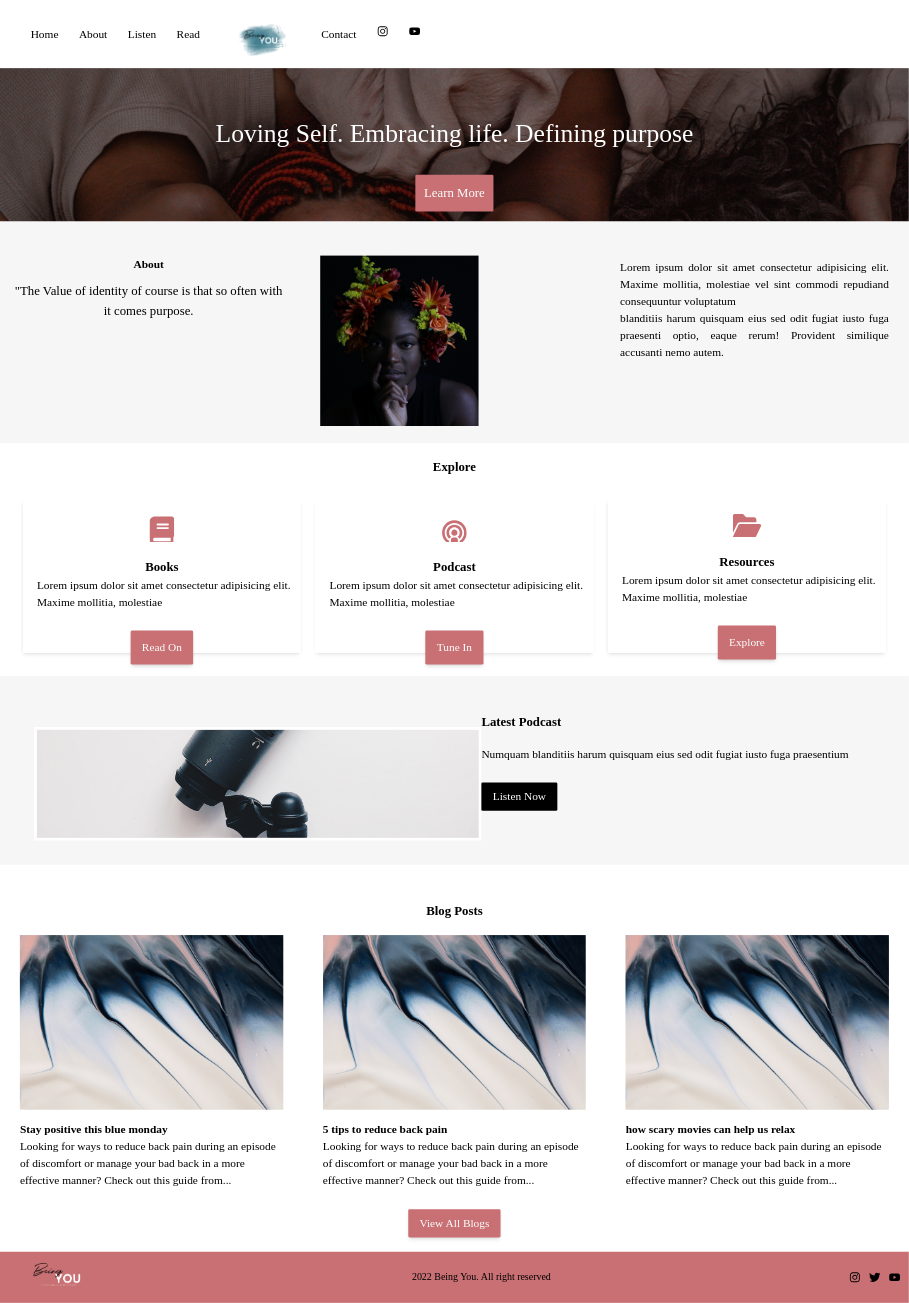
Repository: BrightonMboya/being-you
Page: /
These files come from the project's save history. The page is drawn as it stood at one moment and after the next save; the edit follows.
The browser window is 1280 px wide. The pictures show the whole page, at 71% of full size.
The project was rebuilt for these pictures with package versions that can differ from the ones it lists, and the page was loaded fresh each time.

Above is the page before, as saved 2022-05-29 11:43:12.

After the next save:
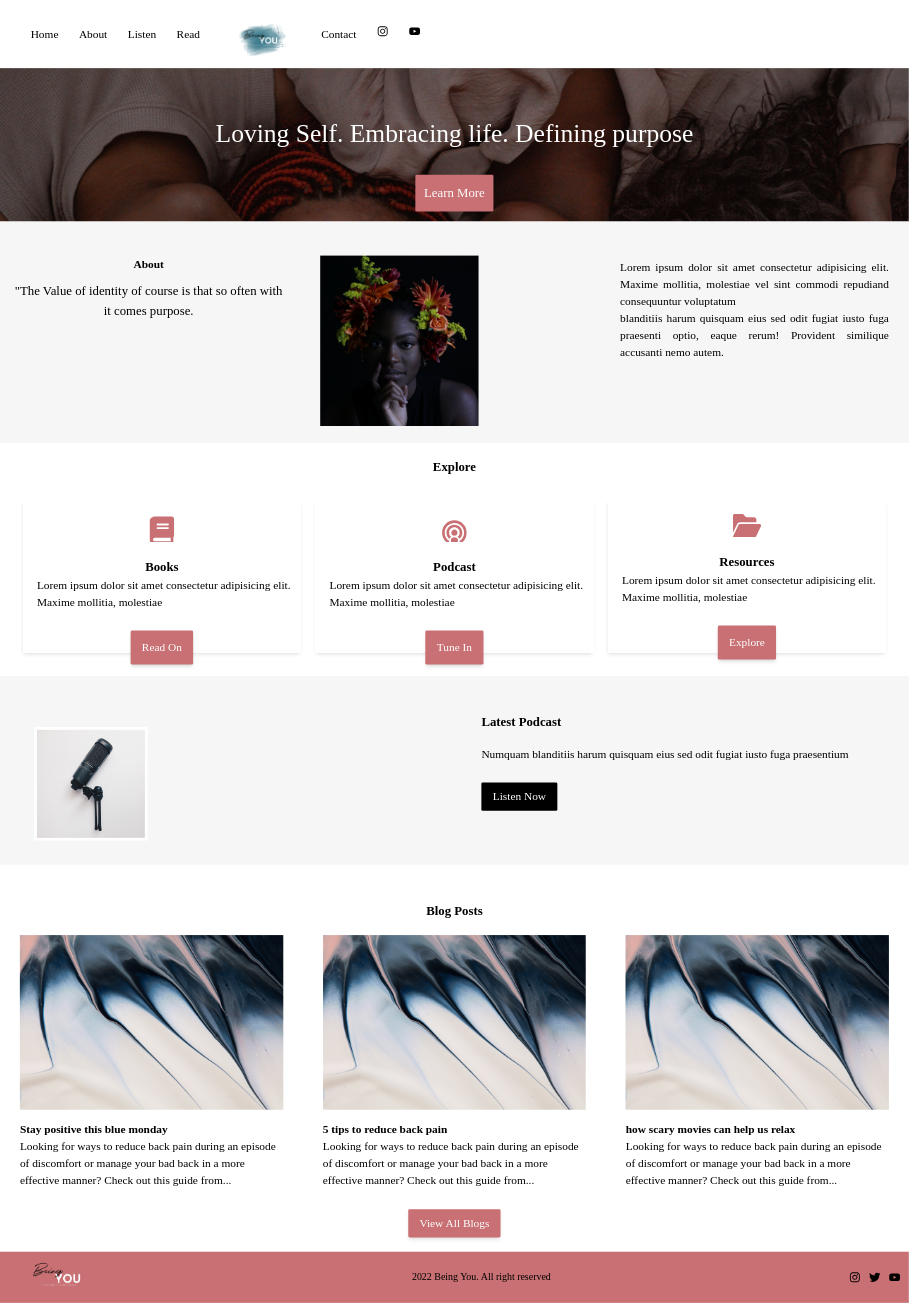
Saved 11 s later.
--- a/src/Components/Podcast/Podcast.jsx
+++ b/src/Components/Podcast/Podcast.jsx
@@ -8,7 +8,7 @@ const Podcast = () => {
         <img
           src={mic}
           alt=""
-          className="h-40 w-15 object-cover  mt-[10vh] border-4 border-white md:h-75 w-full mt-12 ml-12"
+          className="h-40 w-15 object-cover  mt-[10vh] border-4 border-white md:h-75 w-50 mt-12 ml-12"
         />
         <div className="mt-[7vh] ml-7">
           <h3 className="font-semibold md:text-lg">Latest Podcast</h3>
